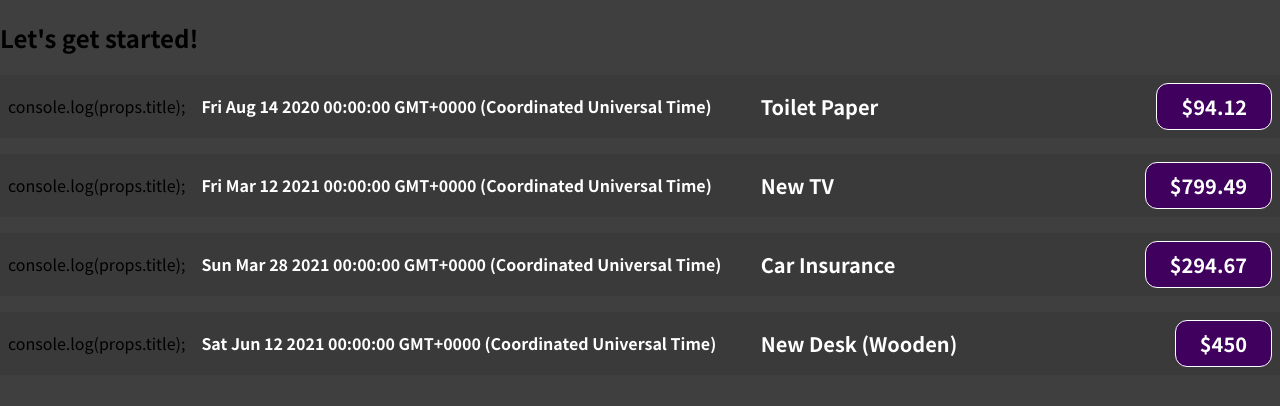
Repository: pial0007l/React
Page: / (app in 01-starting-setup/)
These files come from the project's save history. The page is drawn as it stood at one moment and after the next save; the edit follows.
The browser window is 1280 px wide. The pictures show the whole page.
The project was rebuilt for these pictures with package versions that can differ from the ones it lists, and the page was loaded fresh each time.

Above is the page before, as saved 2021-06-24 13:16:18.

After the next save:
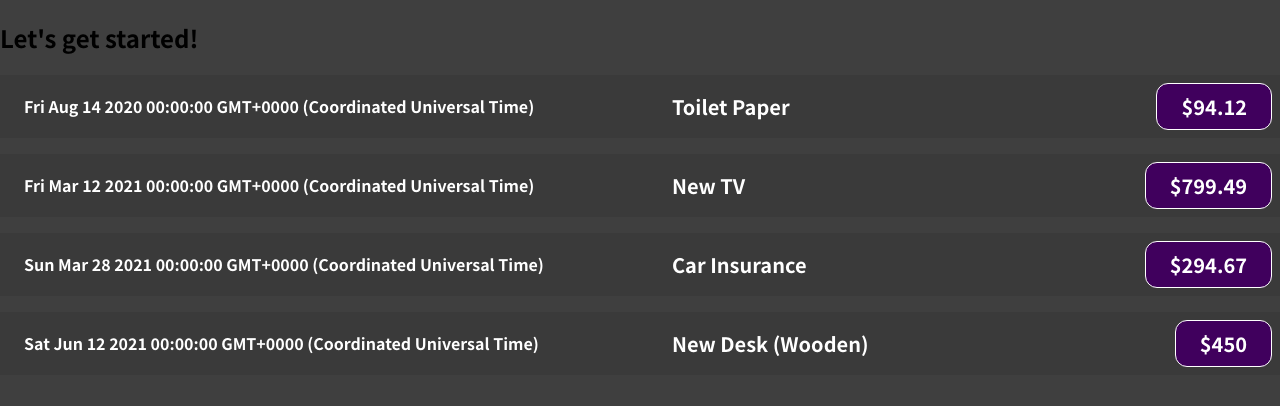
Saved 17 s later.
--- a/01-starting-setup/src/components/ExpenseItem.js
+++ b/01-starting-setup/src/components/ExpenseItem.js
@@ -3,7 +3,6 @@ import './ExpenseItem.css'
 function ExpenseItem(props){
     return (
         <div className="expense-item">
-            console.log(props.title);
              <h2>{props.date.toString()}</h2>
              <div className='expense-item__description'>
                  <h2>{props.title}</h2>
